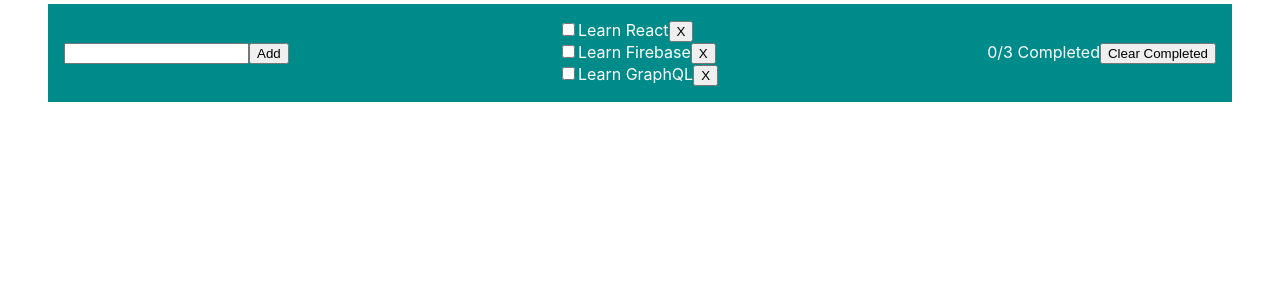
Repository: sedashahnazaryan/Todo
Page: / (app in todo/)
The author's editor kept a copy of each file at every save. The page is drawn from the files as they stood at one save, then again after the next save.
The browser window is 1280 px wide. The pictures show the whole page.
The project was rebuilt for these pictures with package versions that can differ from the ones it lists, and the page was loaded fresh each time.

Above is the page before, as saved 2022-03-09 01:58:37.

After the next save:
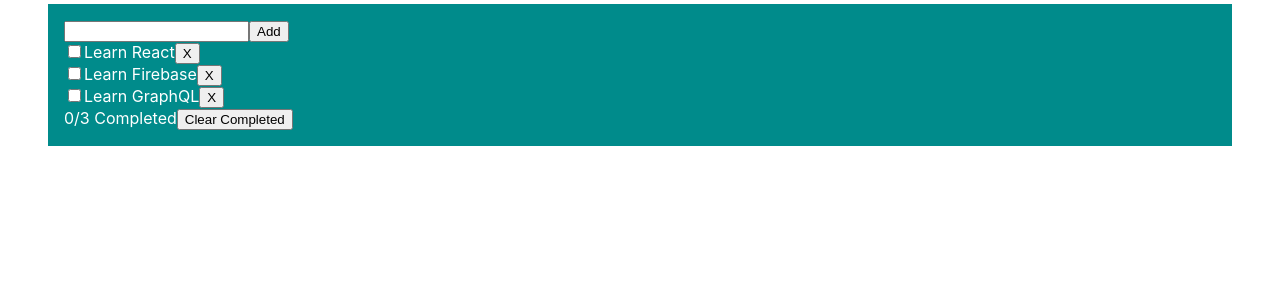
Saved 23 s later.
--- a/todo/src/App.css
+++ b/todo/src/App.css
@@ -28,7 +28,7 @@
     }
   } */
   .App{
-    display: flex;
+    display: ;
     justify-content: space-between;
     align-items: center;
     margin: 4px auto;
